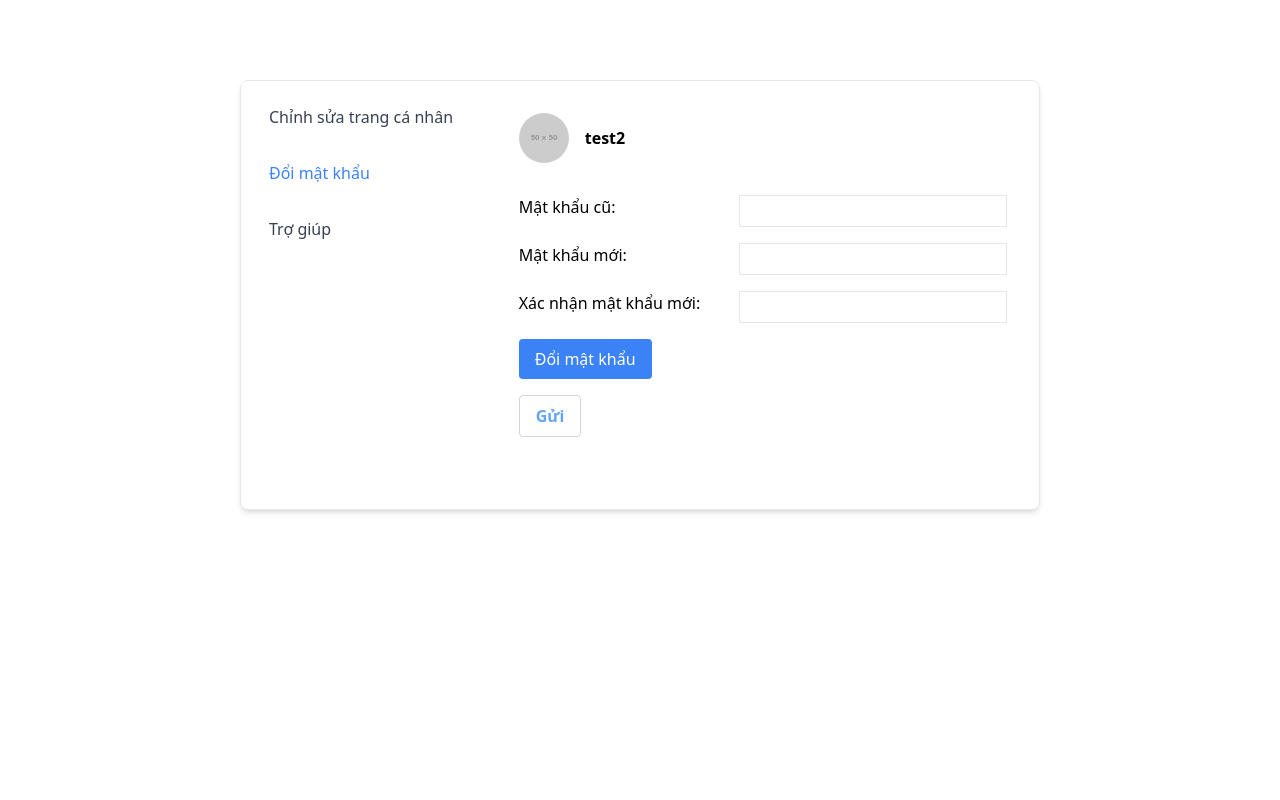
Repository: DangNgocDuong250903/2425_CS445AC_NHOM1
Page: /changepassword (app in social_fe/)
The author's editor kept a copy of each file at every save. The page is drawn from the files as they stood at one save, then again after a run of saves.
The browser window is 1280 px wide. The pictures show the whole page.
The project was rebuilt for these pictures with package versions that can differ from the ones it lists, and the page was loaded fresh each time. Also part of the build but not shown: social_fe/vite.config.js, social_fe/src/components/Button/index.jsx, social_fe/src/assets/index.js, social_fe/src/components/FriendCard/index.jsx, social_fe/src/components/Loading/index.jsx, social_fe/src/components/PostCard/index.jsx, social_fe/src/components/ProfileCard/index.jsx, social_fe/src/components/TextInput/index.jsx and 9 more.

Above is the page before, as saved 2024-11-05 16:56:51.

After the next 2 saves:
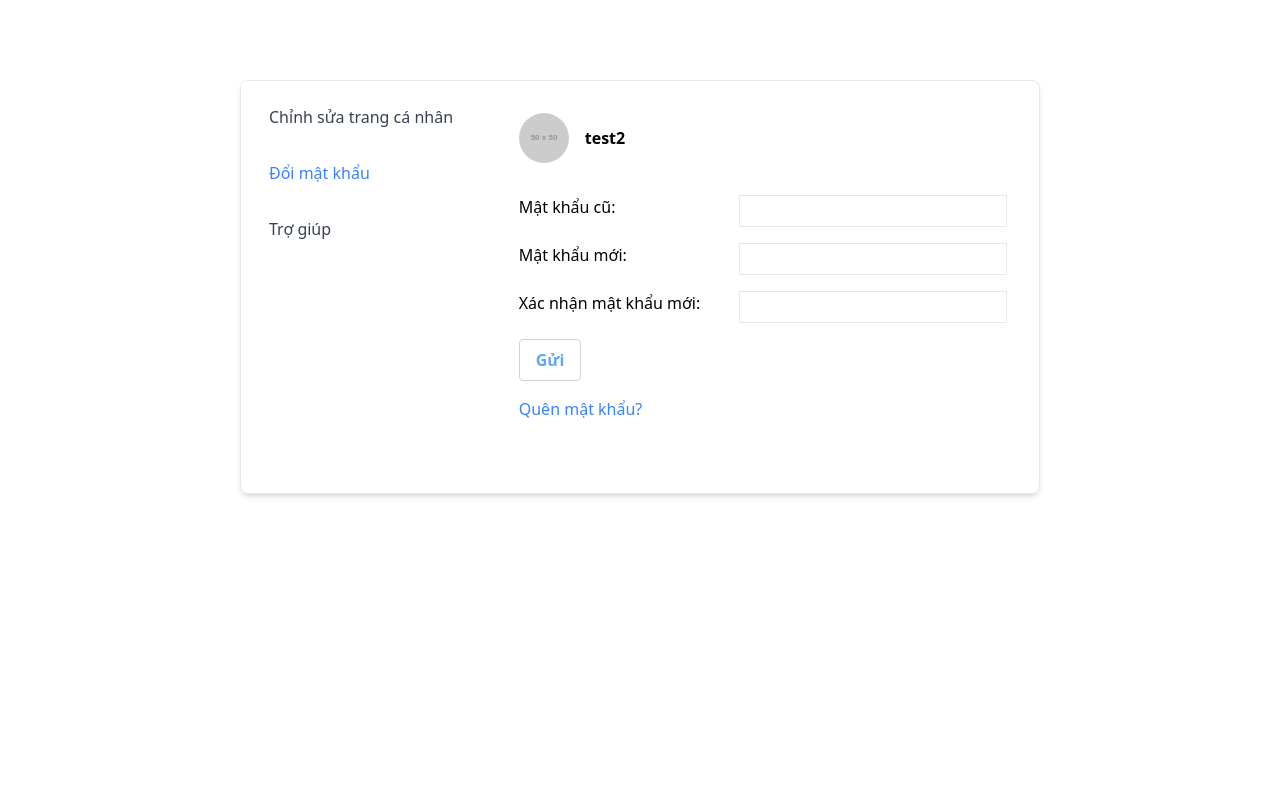
The 2 saves are shown as one change because they came seconds apart.
The last was saved 16 s later.
--- a/social_fe/src/pages/ProfilePage/ChangePassword.jsx
+++ b/social_fe/src/pages/ProfilePage/ChangePassword.jsx
@@ -56,9 +56,9 @@ const ChangePassword = () => {
                     <input type="password" className="flex-1 px-2 border" />
                 </div>
 
-                <button className="px-4 py-2 text-white bg-blue-500 rounded">Đổi mật khẩu</button>
+                <button type="submit" className="px-4 py-2 mr-4 font-semibold text-blue-400 bg-transparent border border-gray-300 rounded hover:text-white hover:bg-blue-400">Gửi</button>
                 <div className="mt-4">
-                    <button type="submit" className="px-4 py-2 mr-4 font-semibold text-blue-400 bg-transparent border border-gray-300 rounded hover:text-white hover:bg-blue-400">Gửi</button>
+                    <a href="#" className="text-blue-500">Quên mật khẩu?</a>
                 </div>
             </div>
         </div>
